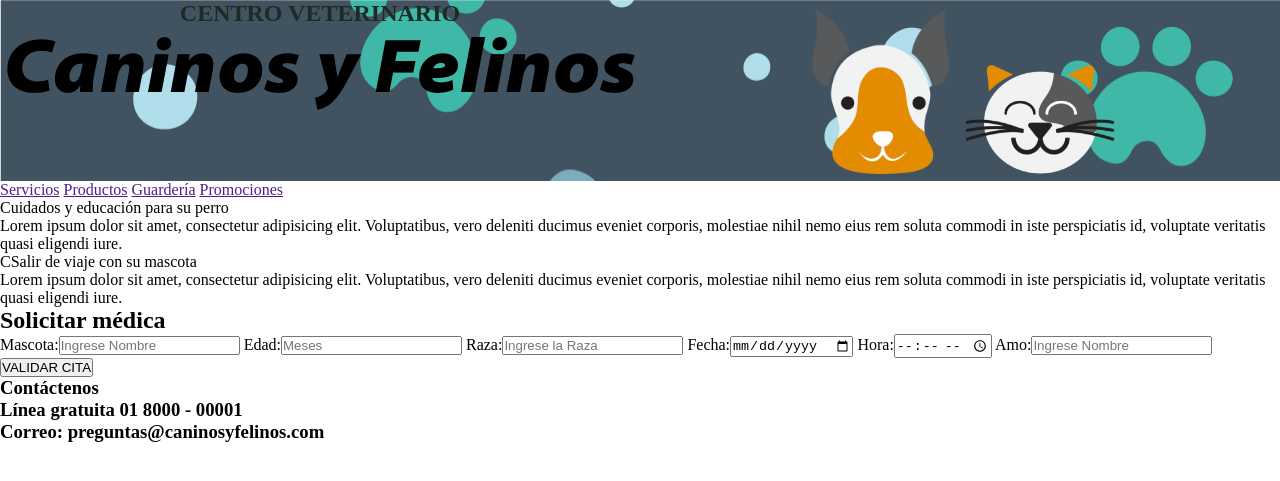
Repository: mariomr87/senaweb01
Page: principal.html
These files come from the project's save history. The page is drawn as it stood at one moment and after the next save; the edit follows.
The browser window is 1280 px wide. The pictures show the whole page.

Above is the page before, as saved 2021-09-26 20:42:04.

### principal.html
<!DOCTYPE html>
<html lang="en">
<head>
    <meta charset="UTF-8">
    <meta http-equiv="X-UA-Compatible" content="IE=edge">
    <meta name="viewport" content="width=device-width, initial-scale=1.0">
    <link rel="stylesheet" href="estilos.css">
    <title>Document</title>
</head>
<body>
    <div>
        <header>
            <div id="cabecera">
                <div class="header-text">
                    <h3>CENTRO VETERINARIO</h3>
                    <h1>Caninos y Felinos</h1>
                </div>
                <div class="header-img">
                    <img src="./imagenes/dog_white.png" alt="">
                    <img src="./imagenes/cat_white.png" alt="">
                </div>
            </div>
        </header>
        <nav>
            <td>
                <tr><a href="">Servicios</a></tr>
                <tr><a href="">Productos</a></tr>
                <tr><a href="">Guardería</a></tr>
                <tr><a href="">Promociones</a></tr>
            </td>
        </nav>
        <section>
            <article>
                <p>Cuidados y educación para su perro</p>
                <p>Lorem ipsum dolor sit amet, consectetur adipisicing elit. Voluptatibus, vero deleniti ducimus eveniet corporis, molestiae nihil nemo eius rem soluta commodi in iste perspiciatis id, voluptate veritatis quasi eligendi iure.</p>
            </article>
            <article>
                <p>CSalir de viaje con su mascota</p>
                <p>Lorem ipsum dolor sit amet, consectetur adipisicing elit. Voluptatibus, vero deleniti ducimus eveniet corporis, molestiae nihil nemo eius rem soluta commodi in iste perspiciatis id, voluptate veritatis quasi eligendi iure.</p>
            </article>
        </section>
        <aside>
            <form action="">
                <div><h2>Solicitar médica</h2></div>
                <div>
                    <label for="mascota_name">Mascota:</label><input type="text" placeholder="Ingrese Nombre" id="">
                    <label for="age_pet">Edad:</label><input type="number" name="" id="" placeholder="Meses">
                    <label for="raza_pet">Raza:</label><input type="text" name="" id="" placeholder="Ingrese la Raza">
                    <label for="fecha_ingreso_pet">Fecha:</label><input type="date" name="" id="">
                    <label for="hora_ingreso_pet">Hora:</label><input type="time" name="" id="">
                    <label for="amo_pet">Amo:</label><input type="text" name="" id="" placeholder="Ingrese Nombre">
                    <button type="submit">VALIDAR CITA</button>
                </div>
            </form>
        </aside>
        <footer>
            <h3>Contáctenos</h3>
            <h3>Línea gratuita 01 8000 - 00001</h3>
            <h3>Correo: preguntas@caninosyfelinos.com</h3>
        </footer>
    </div>
</body>
</html>

### estilos.css
*{
    margin: 0px;
    padding: 0px;
}

@font-face {
    font-family: Myriad_Pro ;
    src: url(./extra/MyriadProBlackSemiExtendedItalic.otf);
}

h1{
    font-family: Myriad_pro;
}
header div img{
    width: 10em;
}

header{

}

#cabecera{
    background-image: url("./imagenes/OPSEG70.jpg");
    background-repeat: initial;
    width: 100%;
    display: flex;
    text-align: center;


}

.header-text,.header-img{
    width:50%;
}

.header-text h3{
    font-size: 1.5em;
    color:#1c2c24;
}

.header-text h1{
    font-size: 4.8em;
}

#header-text-degrad{
    background: linear-gradient(red,blue);
}

After the next save:
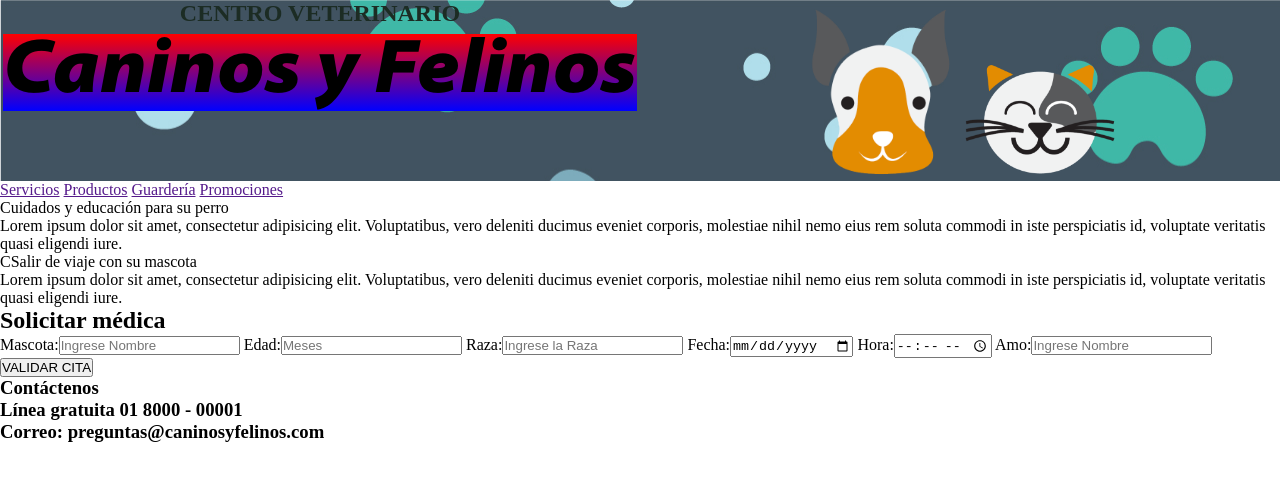
Saved 7 s later.
--- a/principal.html
+++ b/principal.html
@@ -13,7 +13,7 @@
             <div id="cabecera">
                 <div class="header-text">
                     <h3>CENTRO VETERINARIO</h3>
-                    <h1>Caninos y Felinos</h1>
+                    <h1><span id="header-text-degrad">Caninos y Felinos</spa></h1>
                 </div>
                 <div class="header-img">
                     <img src="./imagenes/dog_white.png" alt="">
